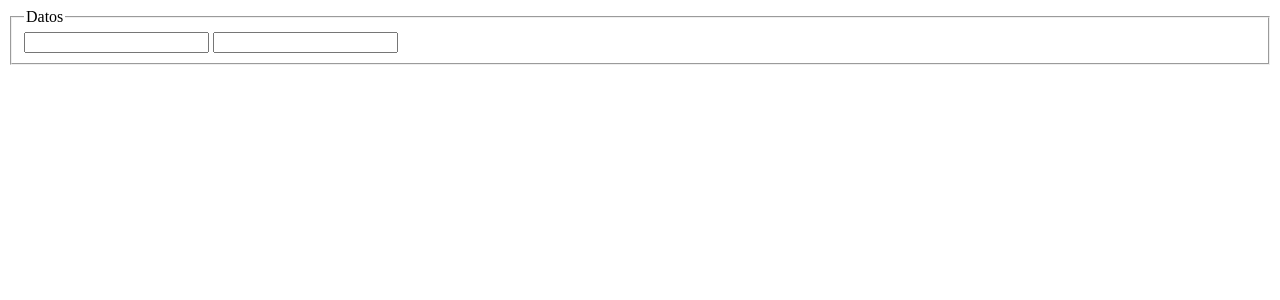
Repository: JaimeMarTal/JaimePHP
Page: http://localhost/ev1/t2/ej15/html15.php
The author's editor kept a copy of each file at every save. The page is drawn from the files as they stood at one save, then again after the next save.
The browser window is 1280 px wide. The pictures show the whole page.
The page is run by PHP 8.4 with error messages shown; the project is at /var/www/html/.

Above is the page before, as saved 2020-10-14 11:34:41.

After the next save:
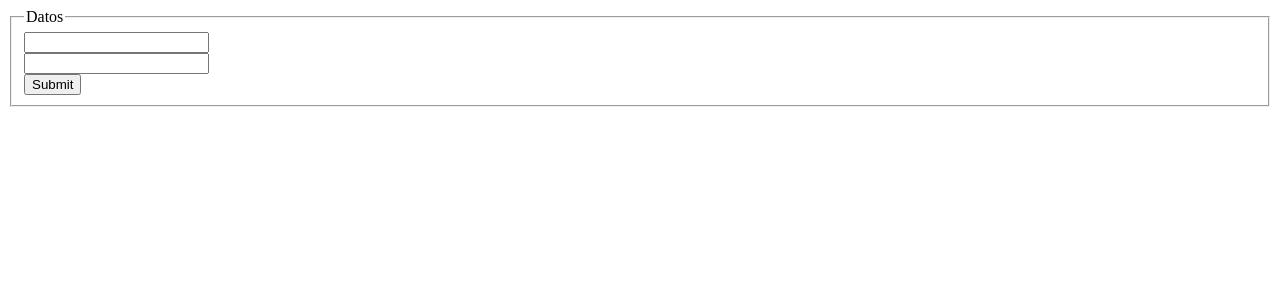
Saved 111 s later.
--- a/clase/ev1/t2/ej15/html15.php
+++ b/clase/ev1/t2/ej15/html15.php
@@ -1,9 +1,9 @@
 
-<form>
+<form action="ej01_post.php" method="get">
 <fieldset>
 <legend>Datos</legend>
-<label for="nombre"></label><input id="nombre" type="text">
-<label for="password"></label><input id="password" type="password">
-
+<label for="nombre"></label><input id="nombre" type="text"><br/>
+<label for="password"></label><input id="password" type="password"><br/>
+<input type="submit">
 </fieldset>
 </form>
